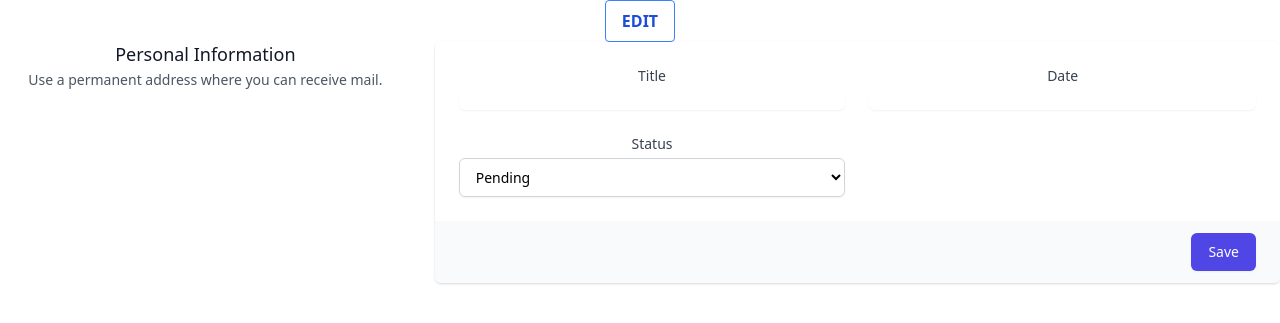
Repository: maikeru-desu/parking-lot
Page: /add (app in parking-lot-fe/)
The author's editor kept a copy of each file at every save. The page is drawn from the files as they stood at one save, then again after the next save.
The browser window is 1280 px wide. The pictures show the whole page.
The project was rebuilt for these pictures with package versions that can differ from the ones it lists, and the page was loaded fresh each time. Also part of the build but not shown: parking-lot-fe/craco.config.js, parking-lot-fe/src/redux/actions.js, parking-lot-fe/src/pages/Home.js.

Above is the page before, as saved 2021-10-14 03:14:22.

### parking-lot-fe/src/index.js
import React from 'react';
import ReactDOM from 'react-dom';
import './index.css';
import App from './App';
import {Provider} from "react-redux";
import {BrowserRouter} from "react-router-dom";
import reportWebVitals from './reportWebVitals';
import store from './redux/store';

ReactDOM.render(
    <React.StrictMode>
        <BrowserRouter>
            <Provider store={store}>
                <App />
            </Provider>
        </BrowserRouter>
    </React.StrictMode>,
    document.getElementById('root')
);

// If you want to start measuring performance in your app, pass a function
// to log results (for example: reportWebVitals(console.log))
// or send to an analytics endpoint. Learn more: https://bit.ly/CRA-vitals
reportWebVitals();

### parking-lot-fe/src/App.js
import logo from './logo.svg';
import './App.css';
import {Switch, Route} from "react-router-dom";
import Home from './pages/Home';
import Add from './pages/Add';

function App() {
  return (
    <div className="App">
        <Switch>
            <Route exact path="/" component={Home} />
            <Route exact path="/add" component={Add} />
        </Switch>
    </div>
  );
}

export default App;

### parking-lot-fe/src/redux/store.js
import {createStore, applyMiddleware} from "redux";
import logger from "redux-logger";
import reduxThunk from "redux-thunk";
import rootReducer from "./root-reducer";

const middlewares = [reduxThunk];

if (process.env.NODE_ENV === "development") {
    middlewares.push(logger)
}

const store = createStore(rootReducer, applyMiddleware(...middlewares));

export default store;

### parking-lot-fe/src/pages/Add.js
import React, {useState} from 'react'

const Add = () => {
    const [state, setState] = useState({
        title: "",
        date: "",
        status: ""
    });

    const {title, date, status} = state;
    return (
        <div>
            <button class="bg-transparent hover:bg-blue-500 text-blue-700 font-semibold hover:text-white py-2 px-4 border border-blue-500 hover:border-transparent rounded">
                EDIT
            </button>
            <div className="mt-10 sm:mt-0">
                <div className="md:grid md:grid-cols-3 md:gap-6">
                    <div className="md:col-span-1">
                        <div className="px-4 sm:px-0">
                            <h3 className="text-lg font-medium leading-6 text-gray-900">Personal Information</h3>
                            <p className="mt-1 text-sm text-gray-600">Use a permanent address where you can receive mail.</p>
                        </div>
                    </div>
                    <div className="mt-5 md:mt-0 md:col-span-2">
                        <form action="#" method="POST">
                            <div className="shadow overflow-hidden sm:rounded-md">
                                <div className="px-4 py-5 bg-white sm:p-6">
                                    <div className="grid grid-cols-6 gap-6">
                                        <div className="col-span-6 sm:col-span-3">
                                            <label htmlFor="first-name" className="block text-sm font-medium text-gray-700">
                                                Title
                                            </label>
                                            <input
                                                type="text"
                                                name="title"
                                                id="title"
                                                value={title}
                                                type={title}
                                                className="mt-1 focus:ring-indigo-500 focus:border-indigo-500 block w-full shadow-sm sm:text-sm border-gray-300 rounded-md"
                                            />
                                        </div>
                                        <div className="col-span-6 sm:col-span-3">
                                            <label htmlFor="last-name" className="block text-sm font-medium text-gray-700">
                                                Date
                                            </label>
                                            <input
                                                type="date"
                                                name="date"
                                                id="date"
                                                value={date}
                                                type={date}
                                                className="mt-1 focus:ring-indigo-500 focus:border-indigo-500 block w-full shadow-sm sm:text-sm border-gray-300 rounded-md"
                                            />
                                        </div>
                                        <div className="col-span-6 sm:col-span-3">
                                            <label htmlFor="country" className="block text-sm font-medium text-gray-700">
                                                Status
                                            </label>
                                            <select
                                                id="status"
                                                name="status"
                                                autoComplete="status"
                                                className="mt-1 block w-full py-2 px-3 border border-gray-300 bg-white rounded-md shadow-sm focus:outline-none focus:ring-indigo-500 focus:border-indigo-500 sm:text-sm"
                                            >
                                                <option value="0">Pending</option>
                                                <option value="2">Ongoing</option>
                                                <option value="1">Done</option>
                                            </select>
                                        </div>
                                    </div>
                                </div>
                                <div className="px-4 py-3 bg-gray-50 text-right sm:px-6">
                                    <button
                                        type="submit"
                                        className="inline-flex justify-center py-2 px-4 border border-transparent shadow-sm text-sm font-medium rounded-md text-white bg-indigo-600 hover:bg-indigo-700 focus:outline-none focus:ring-2 focus:ring-offset-2 focus:ring-indigo-500"
                                    >
                                        Save
                                    </button>
                                </div>
                            </div>
                        </form>
                    </div>
                </div>
            </div>
        </div>
    )
}

export default Add

### parking-lot-fe/src/redux/root-reducer.js
import {combineReducers} from "redux";
import eventsReducers from "./reducer";

const rootReducer = combineReducers({
    events: eventsReducers
});

export default rootReducer;

### parking-lot-fe/src/redux/reducer.js
import * as types from "./actionType";

const initialState = {
    events: [],
    event: {},
    loading: true
}

const eventsReducers = (state = initialState, action) => {
    switch (action.type) {
        case types.GET_EVENTS:
            return {
                ...state,
                events: action.payload,
                loading: false,
            };
        case types.DELETE_EVENT:
            return {
                ...state,
                loading: false,
            }
        default:
            return state;
    }
}

export default eventsReducers;

### parking-lot-fe/src/redux/actionType.js
export const GET_EVENTS = "GET_EVENTS";
export const DELETE_EVENT = "DELETE_EVENT";

Loaded but not shown: parking-lot-fe/src/index.css (common file); parking-lot-fe/src/reportWebVitals.js (common file); parking-lot-fe/src/App.css (common file); parking-lot-fe/tailwind.config.js (common file)

After the next save:
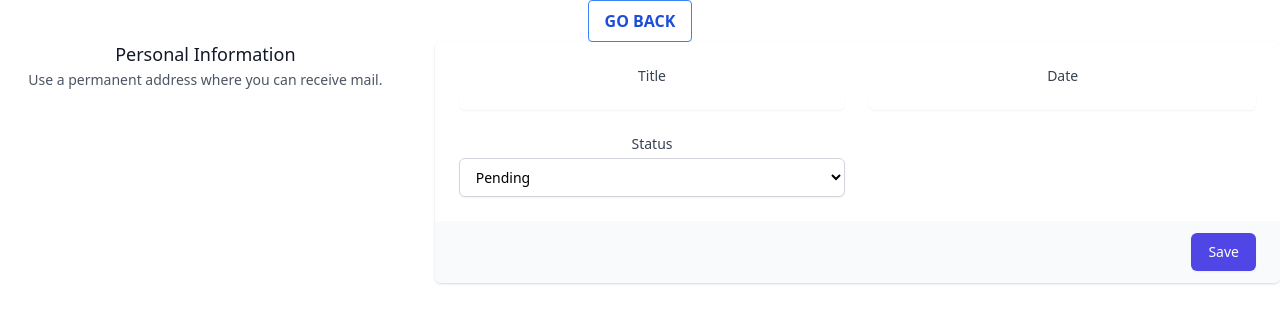
Saved 4 s later.
--- a/parking-lot-fe/src/pages/Add.js
+++ b/parking-lot-fe/src/pages/Add.js
@@ -11,7 +11,7 @@ const Add = () => {
     return (
         <div>
             <button class="bg-transparent hover:bg-blue-500 text-blue-700 font-semibold hover:text-white py-2 px-4 border border-blue-500 hover:border-transparent rounded">
-                EDIT
+                GO BACK
             </button>
             <div className="mt-10 sm:mt-0">
                 <div className="md:grid md:grid-cols-3 md:gap-6">
